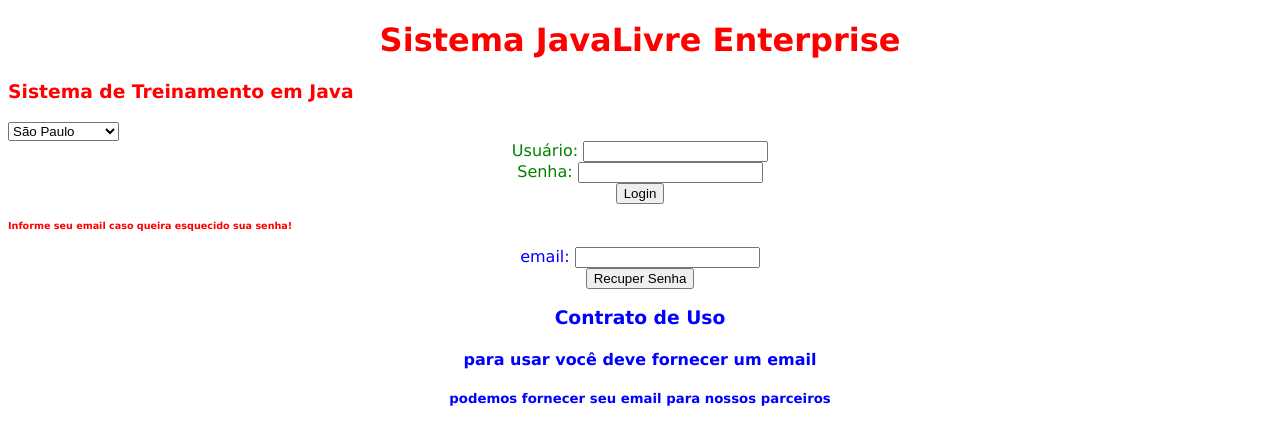
Repository: marciojv/treina-java
Page: workspace/JavaLivre/src/html/login.html
These files come from the project's save history. The page is drawn as it stood at one moment and after the next save; the edit follows.
The browser window is 1280 px wide. The pictures show the whole page.

Above is the page before, as saved 2017-06-10 16:22:19.

### workspace/JavaLivre/src/html/login.html
<!DOCTYPE html>
<html>
<head>

<link rel="stylesheet" type="text/css" href="css/javalivre.css">

<style type="text/css">


/*

#form1 select {
    color: yellow;
}


form select {
    color: yellow;
}


# os dois elementos recebem os atributos
form select {
    color: yellow;
}

# muda os elementos select que estao dentro de qualquer form
form > select {
    color: yellow;
}

select {
    color: yellow;
}

:focus {
    color: pink;
}


*/


div {
   color: blue;
   text-align: center;
}

h1 {
  text-align: center;
}

#h5recupera {
  font-size: 60%;
}

.contrato {
    text-align: center;
    color: blue;
}

</style>


<meta charset="UTF-8">
<title>Login</title>
</head>
<body>
<h1>Sistema JavaLivre Enterprise</h1>
<h3>Sistema de Treinamento em Java</h3>

<form id="form1" action="login.html">

<select name="estado" >
  <option value="PR">Paraná</option>
  <option value="SC">Santa Catarina</option>
  <option selected value="SP">São Paulo</option>
</select>

<div id="divlogin" style="color:green" >
Usuário: <input type="text" name="login"><br>
Senha:   <input type="text" name="senha"><br>
         <input type="submit" value="Login"><br>
</div>

</form>

<h5 id="h5recupera" >Informe seu email caso queira esquecido sua senha!</h5>
<div id="divrecupera">
<form action="login.html">
email: <input type="email" name="email"><br>
       <input type="submit" value="Recuper Senha"><br>
</form>
</div>

<h3 class="contrato" >Contrato de Uso</h3>
<h4 class="contrato" >para usar você deve fornecer um email</h4>
<h5 class="contrato" >podemos fornecer seu email para nossos parceiros</h5>

</body>




</html>

### workspace/JavaLivre/src/html/css/javalivre.css
@CHARSET "UTF-8";

body {
  color: red;
  font-family: verdana;
}

After the next save:
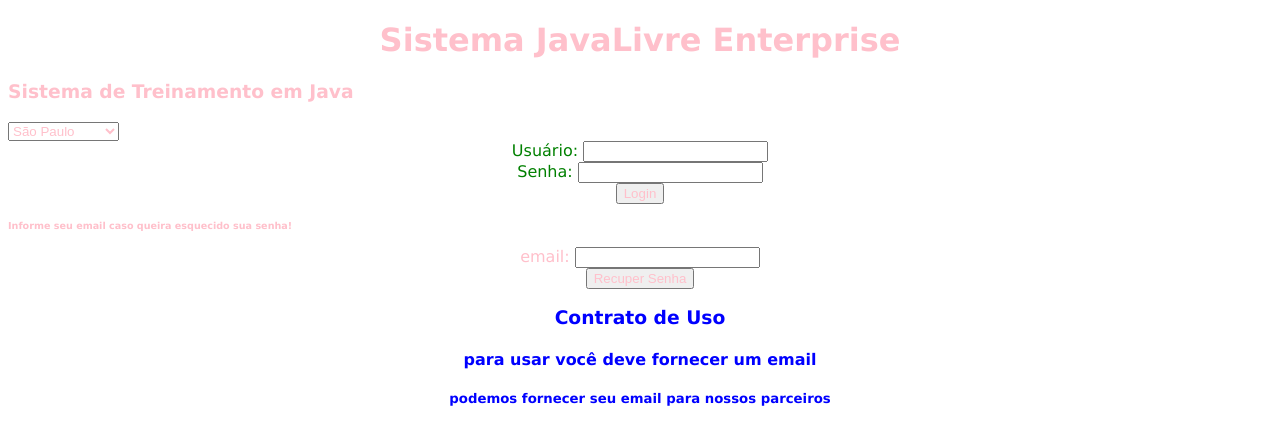
Saved 80 s later.
--- a/workspace/JavaLivre/src/html/css/javalivre.css
+++ b/workspace/JavaLivre/src/html/css/javalivre.css
@@ -4,3 +4,7 @@ body {
   color: red;
   font-family: verdana;
 }
+
+* {
+	color: pink;
+}

After the save that followed:
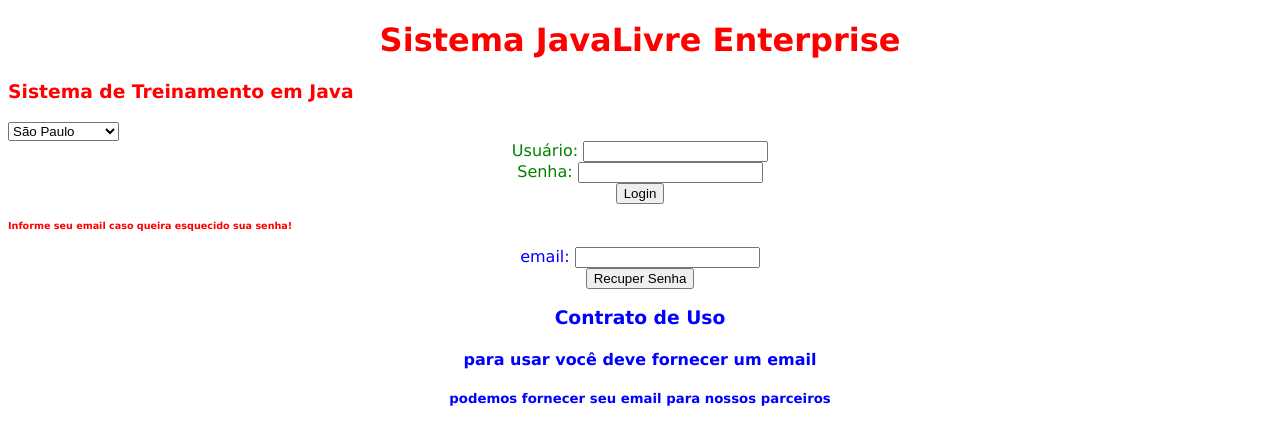
Saved 2 min 44 s later.
--- a/workspace/JavaLivre/src/html/css/javalivre.css
+++ b/workspace/JavaLivre/src/html/css/javalivre.css
@@ -5,6 +5,8 @@ body {
   font-family: verdana;
 }
 
+
+# Adiciona o Css a todos elementos
 * {
 	color: pink;
 }
